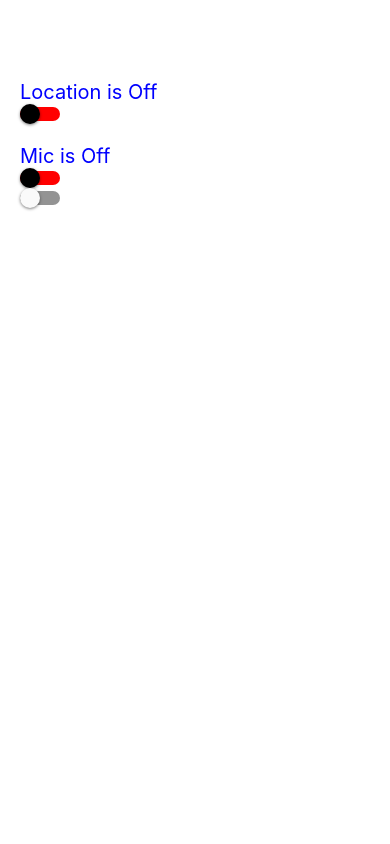
Repository: akinmiday/ReactNativeApp
Screen: /
An editor plug-in stored every save of this project. The screen is shown before and after the next save, followed by the edit.
The app was drawn by React Native's web renderer in a window 390 px wide. The project was rebuilt for these pictures with package versions that can differ from the ones it lists, and the page was loaded fresh each time.

Above is the screen before, as saved 2023-08-05 05:35:42.

### App.js
import { View, Switch, Text } from "react-native";
import styles from "./styles";
import { useState } from "react";

export default function App() {
  const { container, text } = styles;

  const [location, setLocation] = useState(false);
  const [mic, setMic] = useState(false);
  const [storage, setStorage] = useState(false);

  return (
    <View style={container}>
      <Text style={text}>Location is {location ? "On" : "Off"}</Text>
      <Switch
        trackColor={{ false: "red", true: "green" }}
        thumbColor={"black"}
        ios_backgroundColor={"red"}
        onValueChange={() => setLocation(!location)}
        value={location}
      />
      <Text style={text}>Mic is {mic ? "On" : "Off"}</Text>
      <Switch
        trackColor={{ false: "red", true: "green" }}
        thumbColor={"black"}
        ios_backgroundColor={"red"}
        value={mic}
        onValueChange={() => setMic(!mic)}
      />
      <Switch />
    </View>
  );
}

### styles.js
import { StyleSheet } from "react-native";

const styles = StyleSheet.create({
  container: {
    marginTop: 40,
    padding: 20,
    backgroundColor: "#fff",
    flex: 1,
  },
  input: {
    backgroundColor: "pink",
    marginTop: 20,
    padding: 20,
  },
  text: {
    fontSize: 20,
    color: "blue",
    marginTop: 20,
  },
});

export default styles;

After the next save:
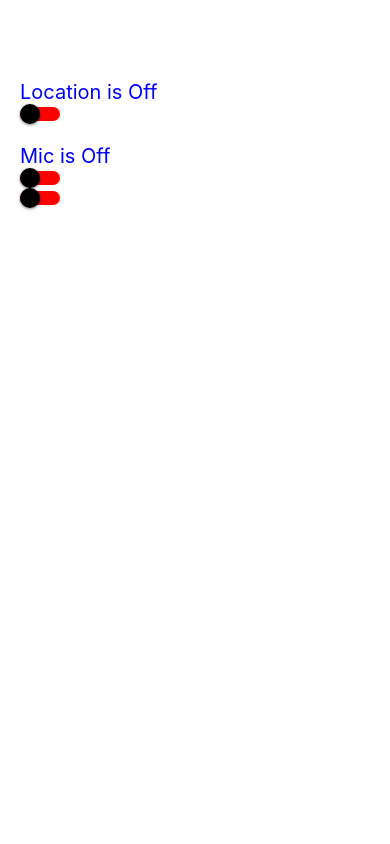
Saved 86 s later.
--- a/App.js
+++ b/App.js
@@ -27,7 +27,13 @@ export default function App() {
         value={mic}
         onValueChange={() => setMic(!mic)}
       />
-      <Switch />
+      <Switch
+        trackColor={{ false: "red", true: "green" }}
+        thumbColor={"black"}
+        ios_backgroundColor={"red"}
+        value={storage}
+        onValueChange={() => setMic(!mic)}
+      />
     </View>
   );
 }
